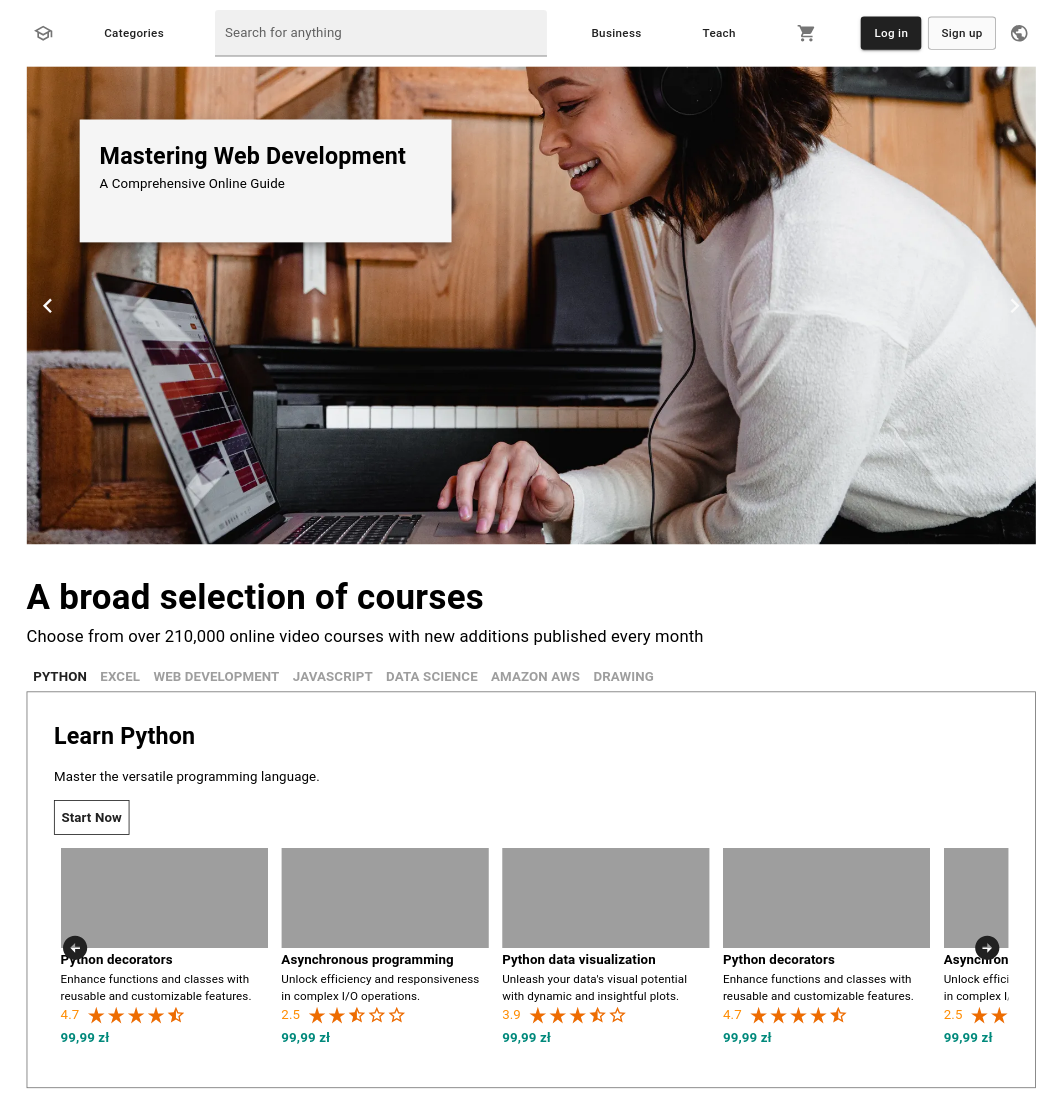
Repository: princ3-web/academy
Page: /
These files come from the project's save history. The page is drawn as it stood at one moment and after the next save; the edit follows.
The browser window is 1280 px wide. The pictures show the whole page, at 83% of full size.
Pictures or frames that could not be fetched are drawn as grey boxes. The project was rebuilt for these pictures with package versions that can differ from the ones it lists, and the page was loaded fresh each time. Also part of the build but not shown: vite.config.js, src/pages/Courses.jsx, src/pages/Business.jsx, src/pages/Teach.jsx.

Above is the page before, as saved 2023-07-10 12:54:14.

### src/main.jsx
import React from "react";
import ReactDOM from "react-dom/client";
import App from "./App.jsx";
import "./index.css";
import { BrowserRouter } from "react-router-dom";


ReactDOM.createRoot(document.getElementById("root")).render(
  <React.StrictMode>
      <BrowserRouter>
        <App />
      </BrowserRouter>
  </React.StrictMode>
);

### src/App.jsx
import { useState } from "react";
import "./css/App.module.css";
import { Route, Routes } from "react-router-dom";
import Home from "./pages/Home";
import Courses from "./pages/Courses";
import Business from "./pages/Business";
import Teach from "./pages/Teach";
import Navbar from "./components/Navbar";
import { ThemeProvider, createTheme } from "@mui/material/styles";

const theme = createTheme({
  palette: {
    primary: {
      main: "rgba(100, 100, 100, 1)",
      light: "rgba(240, 240, 240, 1)",
      dark: "rgba(15, 15, 15, 1)",
    },
  },
});

function App() {
  return (
    <>
      <ThemeProvider theme={theme}>
        <Navbar />
        <Routes>
          <Route path="/" element={<Home />} />
          <Route path="/Courses" element={<Courses />} />
          <Route path="/Business" element={<Business />} />
          <Route path="/Teach" element={<Teach />} />
        </Routes>
      </ThemeProvider>
    </>
  );
}

export default App;

### src/css/App.module.css
  @import url('https://fonts.googleapis.com/css2?family=Lato&display=swap');

  body{
    font-family: 'Lato', sans-serif;
    margin: 0;
    padding: 0;
  }

### src/pages/Home.jsx
import React from "react";
import SingleCarousel from "../components/SingleCarousel";
import ItemSelector from "../components/ItemSelector";
import { Box } from "@mui/material";

const Home = () => {
  return (
    <Box>
      <SingleCarousel />
      <ItemSelector />
    </Box>
  );
};

export default Home;

### src/components/Navbar.jsx
import React from "react";
import navbarStyles from "../css/Navbar.module.css";
import Button from "@mui/material/Button";
import IconButton from "@mui/material/IconButton";
import ShoppingCartIcon from "@mui/icons-material/ShoppingCart";
import PublicOutlinedIcon from "@mui/icons-material/PublicOutlined";
import SchoolOutlinedIcon from "@mui/icons-material/SchoolOutlined";
import { TextField } from "@mui/material";
import { grey } from "@mui/material/colors";
import { Box } from "@mui/material";
import Typography from "@mui/material/Typography";

const Navbar = () => {
  return (
    <Box className={navbarStyles.navbar} paddingX={4}>
      <IconButton>
        <SchoolOutlinedIcon />
      </IconButton>
      <Button variant="text" sx={{ color: grey[900], textTransform: "none", mr: 1 }}>
        Categories
      </Button>
      <TextField id="standard-basic" label="Search for anything" variant="filled" sx={{ width: "400px" }} />
      <Button variant="text" sx={{ color: grey[900], textTransform: "none", mr: 1 }}>
        Business
      </Button>
      <Button variant="text" sx={{ color: grey[900], textTransform: "none", mr: 1 }}>
        Teach
      </Button>
      <IconButton>
        <ShoppingCartIcon />
      </IconButton>
      <div className={navbarStyles.buttons}>
        <Button variant="contained" sx={{ backgroundColor: grey[900], textTransform: "none", mr: 1 }}>
          Log in
        </Button>
        <Button variant="outlined" sx={{ backgroundColor: grey[50], textTransform: "none", color: grey[900], mr: 1 }}>
          Sign up
        </Button>
        <IconButton>
          <PublicOutlinedIcon />
        </IconButton>
      </div>
    </Box>
  );
};

export default Navbar;

### src/components/SingleCarousel.jsx
import React, { useState, useEffect } from "react";
import singleCarouselStyles from "../css/SingleCarousel.module.css";
import image0 from "../assets/images/image0.webp";
import image1 from "../assets/images/image1.webp";
import image2 from "../assets/images/image2.webp";
import image3 from "../assets/images/image3.webp";
import image4 from "../assets/images/image4.webp";
import image5 from "../assets/images/image5.webp";
import KeyboardArrowLeftIcon from "@mui/icons-material/KeyboardArrowLeft";
import KeyboardArrowRightIcon from "@mui/icons-material/KeyboardArrowRight";
import IconButton from "@mui/material/IconButton";
import Box from "@mui/material/Box";
import { grey } from "@mui/material/colors";
import Typography from "@mui/material/Typography";

const SingleCarousel = () => {
  var images = [
    {
      name: "Mastering Web Development",
      description: "A Comprehensive Online Guide",
      image: image0,
    },
    {
      name: "Data Science Fundamentals",
      description: "An Interactive Online Course",
      image: image1,
    },
    {
      name: "Cybersecurity Essentials",
      description: "Online Training for Secure Networks",
      image: image2,
    },
    {
      name: "Mobile App Development",
      description: "Learn to Build for iOS and Android Online",
      image: image3,
    },
    {
      name: "Cloud Computing Mastery",
      description: "Online Course for AWS, Azure, and Google Cloud",
      image: image4,
    },
    {
      name: "Artificial Intelligence and Machine Learning",
      description: "Online Training for Future Innovators",
      image: image5,
    },
  ];

  const [index, setIndex] = useState(0);
  const [transition, setTransition] = useState(false);
  const [hover, setHover] = useState(false);

  useEffect(() => {
    const interval = setInterval(() => {
      if (!hover) {
        setIndex((state) => (state === images.length - 1 ? 0 : state + 1));
      }
    }, 6000);

    return () => {
      clearInterval(interval);
    };
  }, [hover]);

  const handlePrevious = () => {
    if (!transition) {
      setTransition(true);
      setIndex((state) => (state > 0 ? setIndex(state - 1) : setIndex(images.length - 1)));
      setTimeout(() => setTransition(false), 500);
    }
  };

  const handleNext = () => {
    if (!transition) {
      setTransition(true);
      setIndex((state) => (state < images.length - 1 ? setIndex(state + 1) : setIndex(0)));
      setTimeout(() => setTransition(false), 500);
    }
  };

  return (
    <Box className={singleCarouselStyles.slider}>
      {images.map((item, n) => (
        <div
          className={singleCarouselStyles.slide}
          style={{ filter: n === index ? "Opacity(1)" : "Opacity(0)" }}
        >
          <img className={singleCarouselStyles.image} src={item.image} alt="" />
          <Box
            p={3}
            className={singleCarouselStyles.textBox}
            sx={{
              boxShadow: 10,
              width: 400,
              height: 100,
              backgroundColor: grey[100],
            }}
          >
            <Typography fontSize={28} fontWeight={600}>
              {item.name}
            </Typography>
            <Typography fontSize={16}>{item.description}</Typography>
          </Box>
        </div>
      ))}
      <div className={singleCarouselStyles.arrows}>
        <IconButton
          onClick={handlePrevious}
          onMouseOver={() => setHover(true)}
          onMouseLeave={() => setHover(false)}
        >
          <KeyboardArrowLeftIcon
            fontSize="large"
            style={{ color: grey[50] }}
            className={singleCarouselStyles.arrow}
          />
        </IconButton>
        <IconButton
          onClick={handleNext}
          onMouseOver={() => setHover(true)}
          onMouseLeave={() => setHover(false)}
        >
          <KeyboardArrowRightIcon
            fontSize="large"
            style={{ color: grey[50] }}
            className={singleCarouselStyles.arrow}
          />
        </IconButton>
      </div>
    </Box>
  );
};

export default SingleCarousel;

### src/components/ItemSelector.jsx
import React, { useState } from "react";
import Box from "@mui/material/Box";
import { Typography } from "@mui/material";
import Button from "@mui/material/Button";
import { grey } from "@mui/material/colors";
import MultipleCarousel from "./MultipleCarousel";
import { elements } from "../data/elements";

const ItemSelector = () => {
  const [selectedItem, setSelectedItem] = useState(0);

  return (
    <Box paddingX={4} paddingY={4}>
      <Typography fontSize={42} fontWeight={600}>
        A broad selection of courses
      </Typography>
      <Typography fontSize={20}>
        Choose from over 210,000 online video courses with new additions published every month
      </Typography>
      <Box display={"flex"} flexDirection={"row"} marginTop={2}>
        {elements.map((i, n) => (
          <Button variant="text" onClick={() => setSelectedItem(n)}>
            <Typography fontWeight={600} color={selectedItem === n ? grey[900] : grey[500]}>
              {i.name}
            </Typography>
          </Button>
        ))}
      </Box>
        <Box padding={4} border={"1px solid" + grey[600]}>
          <Typography fontWeight={600} fontSize={28}>
            {elements[selectedItem].title}
          </Typography>
          <Typography width={"65%"} marginY={2}>
            {elements[selectedItem].text}
          </Typography>
          <Button variant="text" sx={{ border: "1px solid" + grey[900], borderRadius: 0, padding: 1 }}>
            <Typography fontWeight={600} color={grey[900]} textTransform={"none"}>
              {elements[selectedItem].button}
            </Typography>
          </Button>
          <MultipleCarousel elements={elements} index={selectedItem} />
        </Box>
    </Box>
  );
};

export default ItemSelector;

### src/css/Navbar.module.css
.navbar {
  display: flex;
  align-items: center;
  justify-content: space-between;
  box-sizing: border-box;
  background-color: var(--gray-50);
  height: 5rem;
  width: 100%;
}


.buttons {
  display: flex;
}

### src/css/SingleCarousel.module.css
.slider {
  position: relative;
  overflow: hidden;
  display: flex;
  left: 0;
  height: 80vh;
  margin-inline: 2rem;
  box-sizing: border-box;
}

.slide {
  position: absolute;
  justify-content: center;
  align-content: center;
  transition: 0.5s;
  height: 80vh;
  width: 100vw;

}

.image {
  height: 100%;
  width: 100%;
  object-fit: cover;

}

.arrows {
  position: absolute;
  display: flex;
  justify-content: space-between;
  align-items: center;
  align-self: center;
  position: absolute;
  z-index: 1;
  width: 100%;
  height: 80vh;
  left: 0%;
  top: 0%;
}

.arrow {
  cursor: pointer;
}

.textBox {
  position: absolute;
  z-index: 1;
  top: 4rem;
  left: 4rem;
}

### src/components/MultipleCarousel.jsx
import React, { useRef, useEffect, useState } from "react";
import { Box, IconButton } from "@mui/material";
import { ArrowCircleLeft, ArrowCircleRight } from "@mui/icons-material";
import { grey } from "@mui/material/colors";
import CourseCard from "./CourseCard";

const MultipleCarousel = ({ elements, index }) => {
  const carouselRef = useRef(null);
  const [containerWidth, setContainerWidth] = useState(0);
  const [scrollAmount, setScrollAmount] = useState(0);

  const items = elements;

  useEffect(() => {
    const updateContainerWidth = () => {
      if (carouselRef.current) {
        const containerWidth = carouselRef.current.offsetWidth /2;
        setContainerWidth(containerWidth);
      }
    };

    window.addEventListener("resize", updateContainerWidth);
    updateContainerWidth();

    return () => {
      window.removeEventListener("resize", updateContainerWidth);
    };
  }, []);


  const handleScrollLeft = () => {
    if (carouselRef.current) {
      carouselRef.current.scrollBy({
        left: -containerWidth,
        behavior: "smooth",
      });
    }
  };

  const handleScrollRight = () => {
    if (carouselRef.current) {
      carouselRef.current.scrollBy({
        left: containerWidth,
        behavior: "smooth",
      });
    }
  };

  useEffect(() => {
    setScrollAmount(containerWidth);
  }, [containerWidth]);

  return (
    <Box sx={{ position: "relative", width: "100%" }}>
      <Box
        ref={carouselRef}
        sx={{
          display: "flex",
          overflowX: "hidden",
          scrollBehavior: "smooth",
          "&::-webkit-scrollbar": {
            display: "none",
          },
        }}
      >
        <Box display="flex">
          {elements[index].array.map((item, n) => (
            <CourseCard
              title={item.title}
              text={item.text}
              rating={item.rating}
              boxWidth={250}
              imageWidth={250}
              imageHeight={120}
              imageObjectFit={"cover"}
            />
          ))}
        </Box>
      </Box>
      <IconButton
        sx={{
          position: "absolute",
          top: "50%",
          left: 0,
          transform: "translateY(-50%)",
        }}
        onClick={handleScrollLeft}
        disabled={scrollAmount === 0}
      >
        <ArrowCircleLeft fontSize="large" sx={{ color: grey[900] }} />
      </IconButton>
      <IconButton
        sx={{
          position: "absolute",
          top: "50%",
          right: 0,
          transform: "translateY(-50%)",
        }}
        onClick={handleScrollRight}
        disabled={scrollAmount >= items.length * 210} // Adjust 210 based on item width + margin
      >
        <ArrowCircleRight fontSize="large" sx={{ color: grey[900] }} />
      </IconButton>
    </Box>
  );
};

MultipleCarousel.defaultProps = {
  elements: ["Item 1", "Item 2", "Item 3", "Item 4", "Item 5", "Item 6", "Item 7", "Item 8"],
};

export default MultipleCarousel;

### src/components/CourseCard.jsx
import React, { useState, useEffect } from "react";
import { Box } from "@mui/material";
import Image from "./Image";
import { Typography } from "@mui/material";
import StarRating from "./StarRating";
import educationImage from "../assets/images/education.png";
import CourseCardTooltip from "./CourseCardTooltip";
import { teal } from "@mui/material/colors";


const CourseCard = ({
  boxWidth,
  imageWidth,
  imageHeight,
  imageObjectFit,
  title,
  text,
  margin,
  rating,
}) => {
  const [index, setIndex] = useState(false);
  const [position, setPosition] = useState({ x: 0, y: 0 });

  const handleMouseMove = (event) => {
    setPosition({ x: event.clientX, y: event.clientY });
  };

  useEffect(() => {
    document.addEventListener("mousemove", handleMouseMove);

    return () => {
      document.removeEventListener("mousemove", handleMouseMove);
    };
  }, []);

  return (
    <Box
      position={"relative"}
      margin={margin}
      width={boxWidth}
      onMouseEnter={() => setIndex(true)}
      onMouseLeave={() => setIndex(false)}
      sx={{ cursor: "pointer" }}
      py={1}
    >
      <Image
        imageWidth={imageWidth}
        height={imageHeight}
        objectFit={imageObjectFit}
        src={educationImage}
      />
      <Typography fontSize={16} fontWeight={600}>{title}</Typography>
      <Typography fontSize={14}>{text}</Typography>
      <Box display={"flex"}>
        <Typography color="darkorange" mr={1}>
          {rating}
        </Typography>
        <StarRating rating={rating} />
      </Box>
      <Typography color={teal[600]} fontWeight={600}>99,99 zł</Typography>
      <Box>
        <CourseCardTooltip
          title={title}
          text={text}
          display={index ? "block" : "none"}
          placement={position.x > window.innerWidth * 0.6}
        />
      </Box>
    </Box>
  );
};

CourseCard.defaultProps = {
  boxWidth: 200,
  imageObjectFit: "cover",
  title: "YYY",
  text: "xxx",
  margin: 1,
  rating: 3,
};

export default CourseCard;

### src/components/Image.jsx
import React from "react";
import image from "../assets/icons/image.png";
import { Box } from "@mui/material";
import { spacing } from "@mui/system";

const Image = ({ imageWidth, height, src, objectFit }) => (
  <Box>
    <img height={height} src={src} style={{ objectFit: objectFit, width: imageWidth }} alt="" />
  </Box>
);

Image.defaultProps = {
  width: 300,
  height: 200,
  src: image,
  objectFit: "cover",

};

export default Image;

### src/components/StarRating.jsx
import React from "react";
import StarOutlineIcon from "@mui/icons-material/StarOutline";
import StarRateIcon from "@mui/icons-material/StarRate";
import StarHalfIcon from "@mui/icons-material/StarHalf";

const StarRating = ({ rating }) => {
  const stars = [];

  // Create an array of five stars
  for (let i = 1; i <= 5; i++) {
    let starIcon;
    if (i <= rating) {
      starIcon = <StarRateIcon color="warning" />;
    } else if (i - rating <= 0.5) {
      starIcon = <StarHalfIcon color="warning" />;
    } else {
      starIcon = <StarOutlineIcon color="warning" />;
    }

    stars.push(starIcon);
  }

  return <div>{stars}</div>;
};

export default StarRating;

### src/components/CourseCardTooltip.jsx
import React, { useRef } from "react";
import { Box } from "@mui/material";
import { grey, teal } from "@mui/material/colors";
import { Typography } from "@mui/material";

const CourseCardTooltip = ({ display, placement, title, text }) => {
  return (
    <Box
      width={250}
      position={"absolute"}
      display={display}
      border={"1px solid" + grey[600]}
      sx={{ backgroundColor: grey[50], boxShadow: 6 }}
      left={placement ? "-100%" : "100%"}
      top={0}
      zIndex={1}
      p={2}
    >
      <Typography fontSize={24} fontWeight={600} mb={1}>
        {title}
      </Typography>
      <Typography fontSize={12} fontWeight={600} color={teal[600]}>
        Updated February 2023
      </Typography>
      <Typography fontSize={14} color={grey[600]}>
        9.5 total hours · All Levels · Subtitles
      </Typography>
      <Typography fontSize={16} my={1}>
        {text}
      </Typography>
    </Box>
  );
};

export default CourseCardTooltip;

Loaded but not shown: index.html (common file); src/data/elements.jsx (185 lines, source omitted); src/index.css (no stored copy; drawn as an empty file)

After the next save:
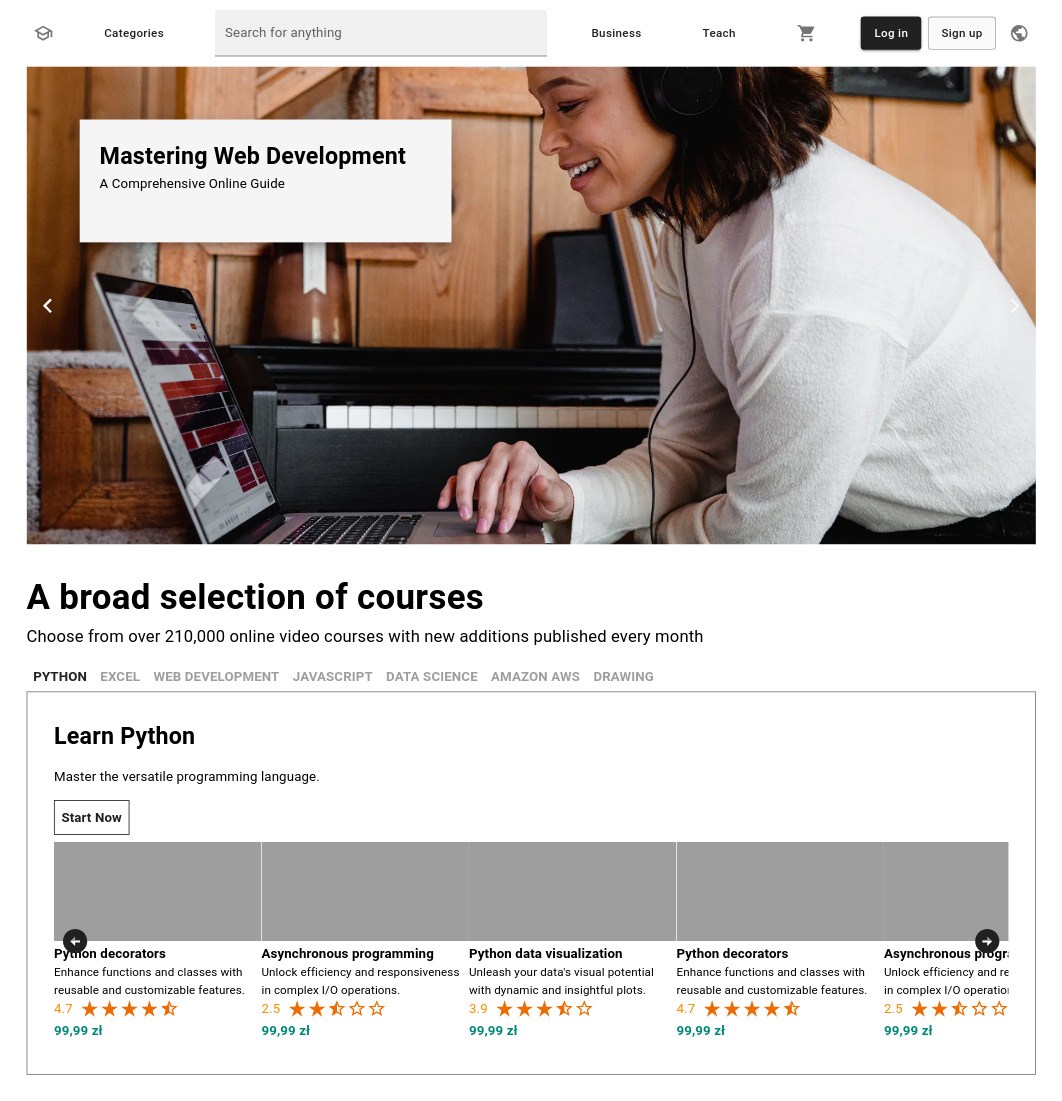
Saved 81 s later.
--- a/src/components/CourseCard.jsx
+++ b/src/components/CourseCard.jsx
@@ -75,7 +75,7 @@
   imageObjectFit: "cover",
   title: "YYY",
   text: "xxx",
-  margin: 1,
+  margin: 0,
   rating: 3,
 };
 
